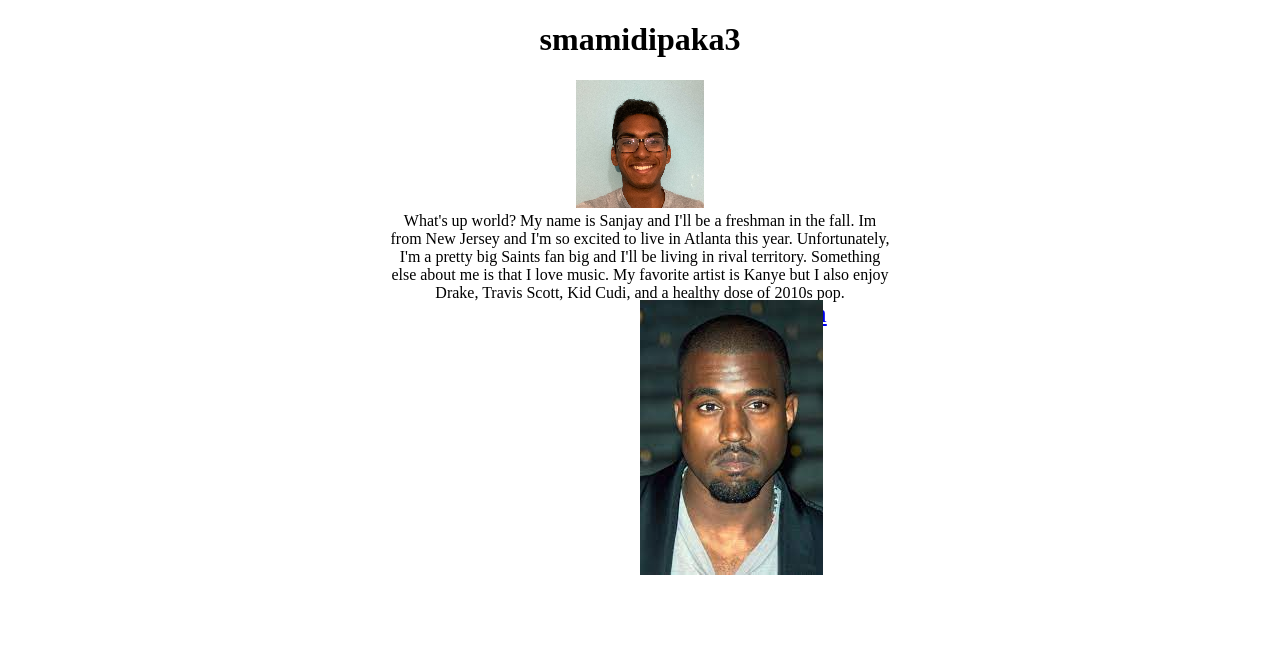
Repository: sanjayMamidipaka/cs1301
Page: lab01/index.html
An editor plug-in stored every save of this project. The page is shown before and after the next save, followed by the edit.
The browser window is 1280 px wide. The pictures show the whole page.

Above is the page before, as saved 2021-07-22 16:18:55.

After the next save:
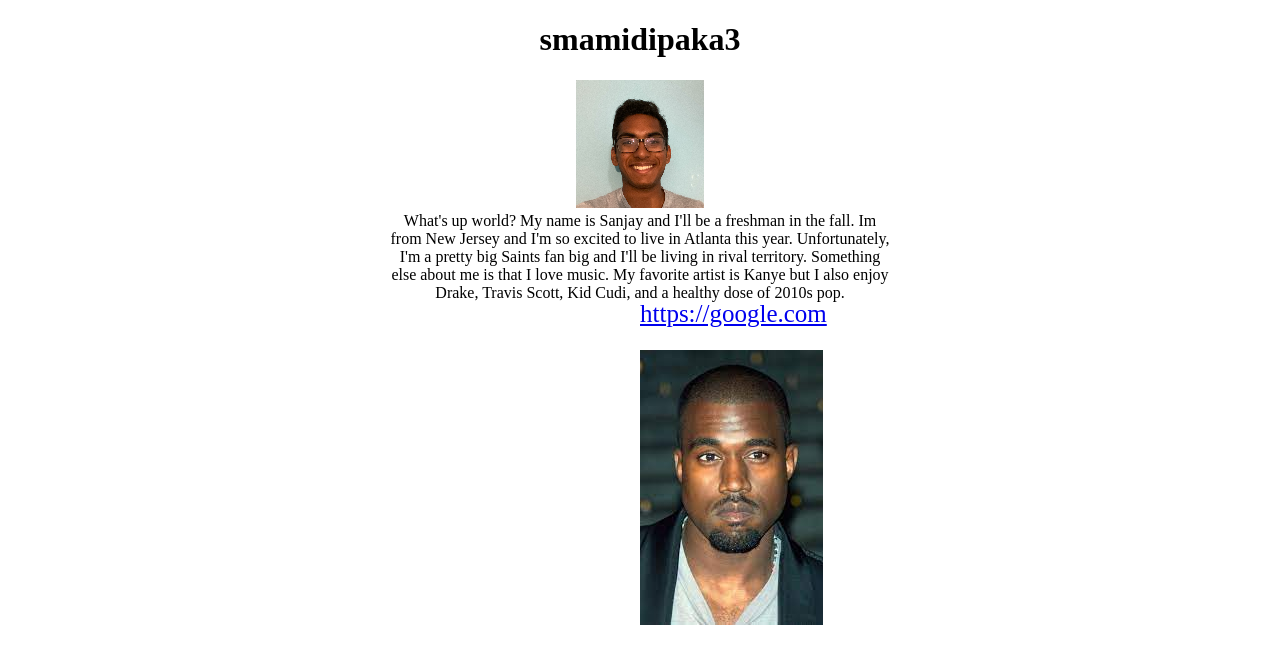
Saved 9 s later.
--- a/lab01/style.css
+++ b/lab01/style.css
@@ -16,5 +16,5 @@
 
 .kanye {
     position: absolute;
-    top: 300px;
+    top: 350px;
 }
